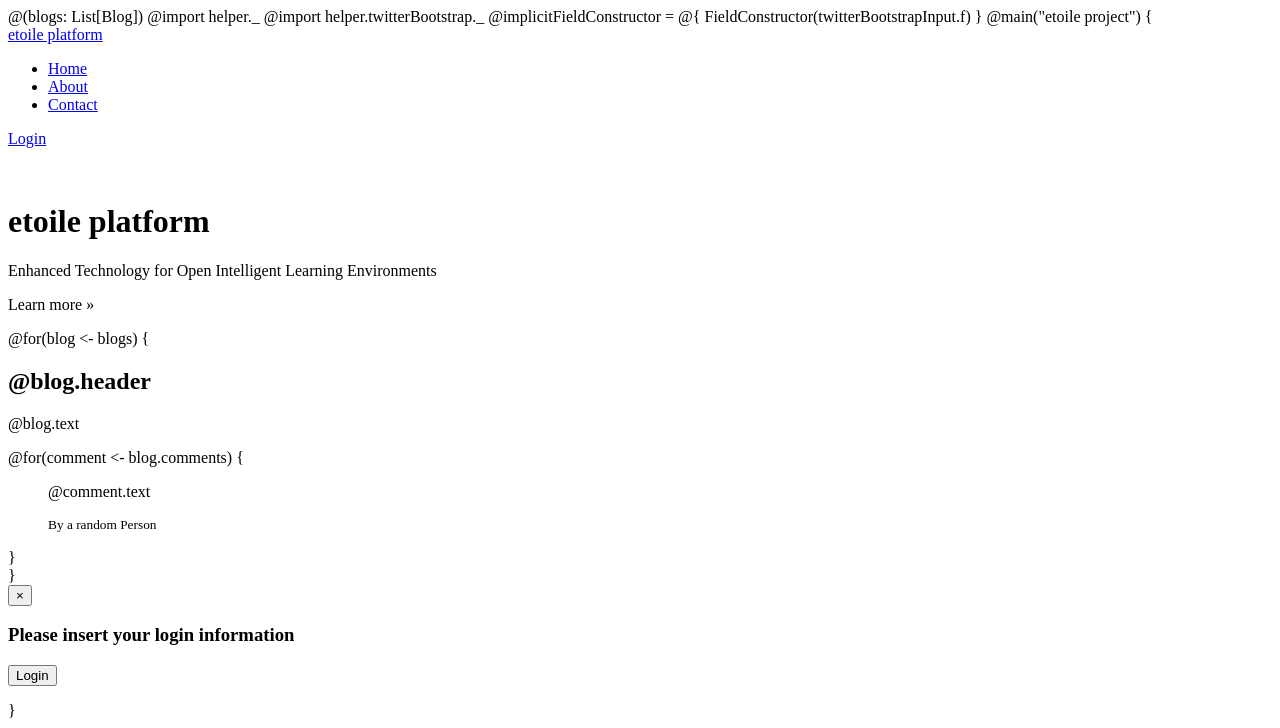
Repository: lopesdasilva/etoile
Page: etoile-play/.target/views/index.scala.html
An editor plug-in stored every save of this project. The page is shown before and after the next save, followed by the edit.
The browser window is 1280 px wide. The pictures show the whole page.

Above is the page before, as saved 2012-10-23 11:52:38.

### etoile-play/.target/views/index.scala.html
@(blogs: List[Blog])

@import helper._
@import helper.twitterBootstrap._
@implicitFieldConstructor = @{ FieldConstructor(twitterBootstrapInput.f) }
@main("etoile project") {

<div class="navbar navbar-inverse navbar-fixed-top">
      <div class="navbar-inner">
        <div class="container">
          <a class="btn btn-navbar" data-toggle="collapse" data-target=".nav-collapse">
            <span class="icon-bar"></span>
            <span class="icon-bar"></span>
            <span class="icon-bar"></span>
          </a>
          <a class="brand" href="#">etoile platform</a>
          <div class="nav-collapse collapse">
            <ul class="nav">
              <li class="active"><a href="#">Home</a></li>
              <li><a href="#about">About</a></li>
              <li><a href="#contact">Contact</a></li>
            </ul>
            <form class="navbar-form pull-right">
             <a href="#loginModal" role="button" class="btn btn-primary" data-toggle="modal">Login</a>



            </form>
          </div><!--/.nav-collapse -->
        </div>
      </div>
    </div>


 <br>
<div class="hero-unit">
	<h1>etoile platform</h1>
	<p>Enhanced Technology for Open Intelligent Learning Environments</p>
	 <p><a class="btn btn-primary btn-large">Learn more &raquo;</a></p>
</div>


<!-- Example row of columns -->
<div class="row" >
	@for(blog <- blogs) {
	<div class="span12">
		<h2>@blog.header</h2>
		<p>@blog.text</p>
		@for(comment <- blog.comments) {
		<blockquote>
			<p>@comment.text</p>
			<small>By a random Person</small>
		</blockquote>
		}
	</div>
	}
</div>

<form>
<div id="loginModal" class="modal hide fade" tabindex="-1" role="dialog" aria-labelledby="myModalLabel" aria-hidden="true">
  <div class="modal-header">
    <button type="button" class="close" data-dismiss="modal" aria-hidden="true">&times;</button>
    <h3 id="myModalLabel">Please insert your login information</h3>
  </div>
  <div class="modal-body">

  </div>
  <div class="modal-footer">
    <button class="btn btn-primary" formaction="signup" formmethod="post">Login</button>
  </div>
</div>
</form>

}

After the next save:
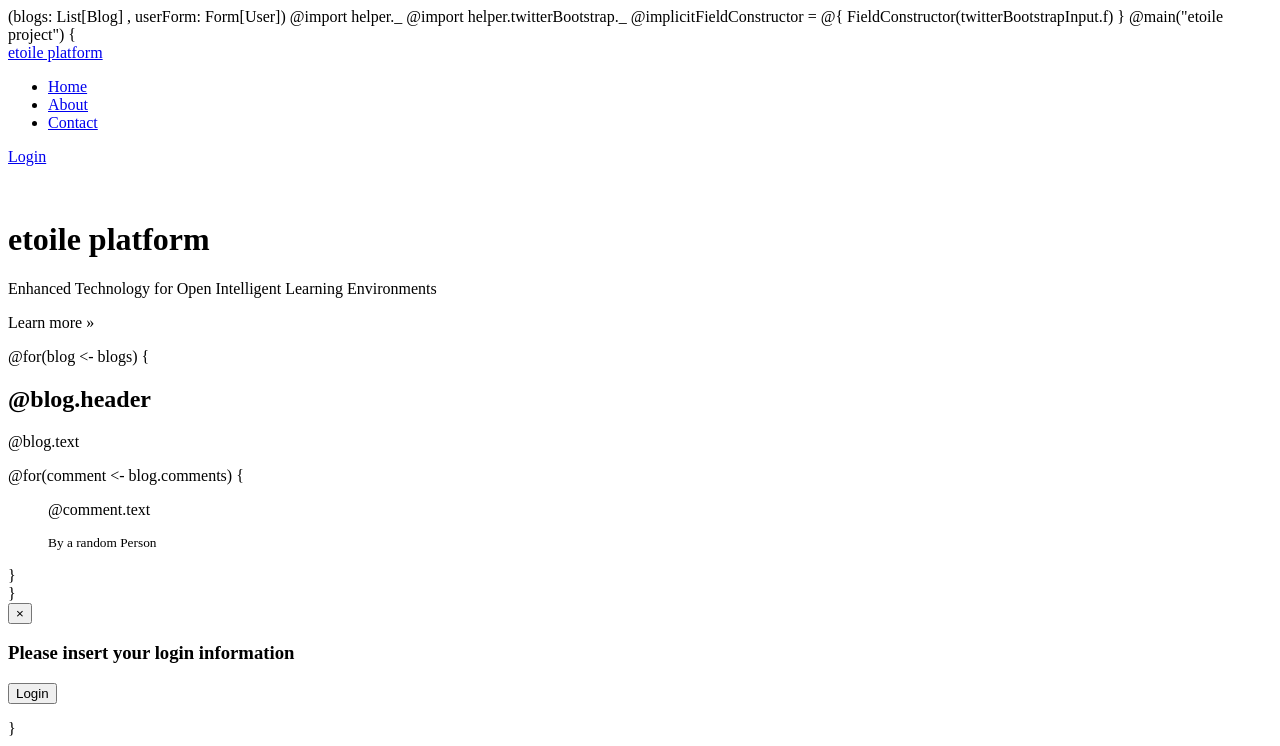
Saved 60 s later.
--- a/etoile-play/.target/views/index.scala.html
+++ b/etoile-play/.target/views/index.scala.html
@@ -1,4 +1,4 @@
-@(blogs: List[Blog])
+(blogs: List[Blog] , userForm: Form[User])
 
 @import helper._
 @import helper.twitterBootstrap._
